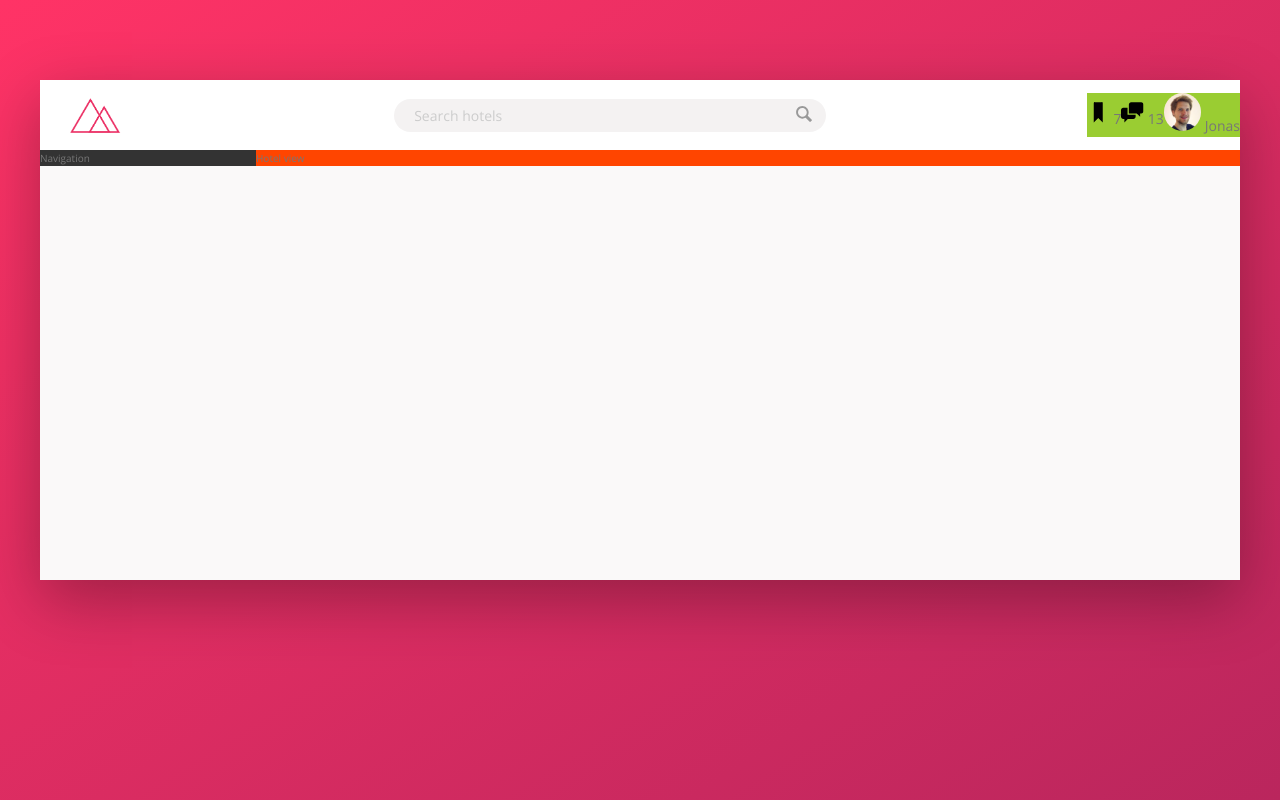
Repository: MalgorzataMazur/Trillo
Page: index.html
These files come from the project's save history. The page is drawn as it stood at one moment and after the next save; the edit follows.
The browser window is 1280 px wide. The pictures show the whole page.
The style sheet was rebuilt from its Sass, Less or Tailwind sources for each picture, by a compiler version that may differ from the author's.

Above is the page before, as saved 2020-03-26 15:44:50.

### index.html
<!DOCTYPE html>
<html lang="en">
    <head>
        <meta charset="UTF-8">
        <meta name="viewport" content="width=device-width, initial-scale=1.0">

        <link href="https://fonts.googleapis.com/css?family=Open+Sans:300,400,600" rel="stylesheet">
        <link rel="stylesheet" href="css/style.css">
        <link rel="shortcut icon" type="image/png" href="img/favicon.png">

        <title>trillo &mdash; Your all-in-one booking app</title>
    </head>
    <body>
        <div class="container">
            <header class="header">
                <img src="img/logo.png" alt="trillo logo" class="logo">

                <form action="#" class="search">
                    <input type="text" class="search__input" placeholder="Search hotels">
                    <button class="search__button">
                        <svg class="search__icon">
                            <use xlink:href="img/sprite.svg#icon-magnifying-glass"></use> <!--include svg -->
                        </svg>
                    </button>
                </form>

                <nav class="user-nav">
                    <div class="user-nav__icon-box">
                        <svg class="user-nav__icon">
                            <use xlink:href="img/sprite.svg#icon-bookmark"></use>
                        </svg>
                        <span class="user-nav__notification">7</span>
                    </div>
                    <div class="user-nav__icon-box">
                        <svg class="user-nav__icon">
                            <use xlink:href="img/sprite.svg#icon-chat"></use>
                        </svg>
                        <span class="user-nav__notification">13</span>
                    </div>
                    <div class="user-nav__user">
                        <img src="img/user.jpg" alt="User photo" class="user-nav__user-photo">
                        <span class="user-nav__user-name">Jonas</span>
                    </div>
                </nav>
            </header>
            <div class="content">
                <nav class="sidebar">
                    Navigation
                </nav>
                <main class="hotel-view">
                    Hotel view
                </main>
            </div>

        </div>
    </body>
</html>

### sass/_base.scss
//variable will be avuialable for entire documents here, global parent of elelemnt
:root { //root pseudoclass the same like ktml but higher specifity //css custom proiperties variables I use here define in declaration bloxk remember
    --color-primary: #eb2f64;
    --color-primary-light: #FF3366;
    --color-primary-dark: #BA265D;

    --color-grey-light-1: #faf9f9;
    --color-grey-light-2: #f4f2f2;
    --color-grey-light-3: #f0eeee;
    --color-grey-light-4: #ccc;

    --color-grey-dark-1: #333;
    --color-grey-dark-2: #777;
    --color-grey-dark-3: #999;

    --shadow-dark: 0 2rem 6rem rgba(0,0,0,.3);

}

* { //first global settings *,htm, body
    margin: 0;
    padding: 0;
}

*,
*::before,
*::after {
    box-sizing: inherit;
}

html {
    box-sizing: border-box;
    font-size: 62.5%; //1rem = 10px, 10px/16px = 62.5%
}

body {
    font-family: 'Open Sans', sans-serif;
    font-weight: 400;
    line-height: 1.6;
    color: var(--color-grey-dark-2);
    background-image: linear-gradient(to right bottom, var(--color-primary-light), var(--color-primary-dark)); //gradient from the left top cornet to right bottom corner
    background-size: cover;
    background-repeat: no-repeat; //default is repeat in css

    min-height: 100vh; //min height but if height can be bigger than that will be simply bigger
}

### sass/_layout.scss
.container {
    max-width: 120rem; //container can decrease if hasn't got enough enough space to display our 120rem,;inaczej 1200px i jesli mniej to zajmie 100% szerokosci portu
    margin: 8rem auto;
    background-color: var(--color-grey-light-1);
    box-shadow: var(--shadow-dark);

    min-height: 50rem;
}

.header {
    font-size: 1.4rem;
    height: 7rem;
    background-color: #fff;
    border-bottom: var(--color-grey-light-2);

    display: flex; //cause it is parent element
    justify-content: space-between; // divide empty space between 3 elements
    align-items: center; //wzdłuż osi poprzecznej center
}

.content {
    display: flex;
}

.sidebar {
    background-color: var(--color-grey-dark-1);

    flex: 0 0 18%; //don't want to grow & shrink & we want 18% of width; automatic wil be
}

.hotel-view {
    background-color: #fff;
    background-color: orangered;

    flex: 1; //by using flex 1 element should grow as much as that can; na tyle ile ma przestrzeni
}

### sass/_components.scss
/////////////////////////////////
////LOGO
.logo {
    height: 3.5rem;
    margin-left: 3rem;
}


/////////////////////////////////
////SEARCH
.search {
    flex: 0 0 40%; //grow shrink occupy

    display: flex;//flex item is becoming flex container,; we center loop icon btn
    align-items: center; //center elem along the cross axis
    justify-content: center; //center elem along the main axis

    &__input {
        font-family: inherit;
        font-size: inherit;
        color: inherit;
        background-color: var(--color-grey-light-2);
        border: none;
        border-radius: 100px;
        padding: .7rem 2rem;
        width: 90%;
        transition: all .2s;
        margin-right: -3.25rem; //this way the btn move on top of input

        &:focus {
            outline: none;
            width: 100%;
            background-color: var(--color-grey-light-3);
        }

        &::-webkit-input-placeholder {
            font-weight: 100;
            color: var(--color-grey-light-4);
        }
    }

    &__input:focus + &__button { //sibling, adjust element; the same backgr color
        background-color: var(--color-grey-light-3);
    }

    &__button {
        border: none;
        background-color: var(--color-grey-light-2);

        &:focus {
            outline: none;
        }

        &:active {
            transform: translate(2px);
        }
    }

    &__icon {
        height: 2rem;
        width: 2rem;
        fill: var(--color-grey-dark-3);
}
}

/////////////////////////////////
////USER NAVIGATION
.user-nav {
    background-color: yellowgreen;

    display: flex; //flex item on the sam etime is flex container
    align-items: center;

    &__icon-box {

    }

    &__icon {
        height: 2.25rem;
        width: 2.25rem;
    }

    &__notification {

    }

    &__user {

    }

    &__user-photo {
        height: 3.75rem;
        border-radius: 50%;

    }

    &__user-name {

    }
}

Loaded but not shown: sass/main.scss (common file)

After the next save:
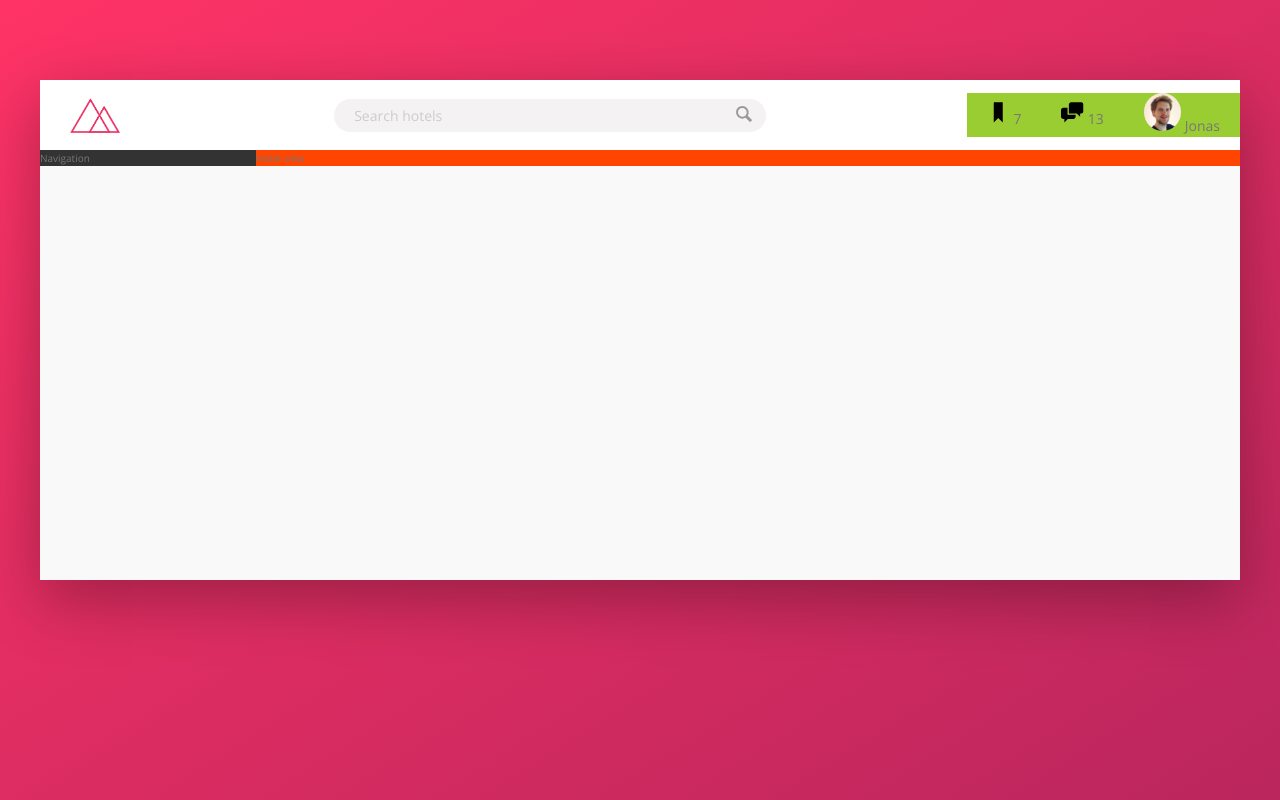
Saved 5 min 24 s later.
--- a/sass/_components.scss
+++ b/sass/_components.scss
@@ -71,6 +71,15 @@
     display: flex; //flex item on the sam etime is flex container
     align-items: center;
 
+    & > * {
+        padding: 0 2rem;
+        cursor: pointer;
+    }
+
+    & > *:hover {
+        background-color: var(--color-grey-light-2);
+    }
+
     &__icon-box {
 
     }
